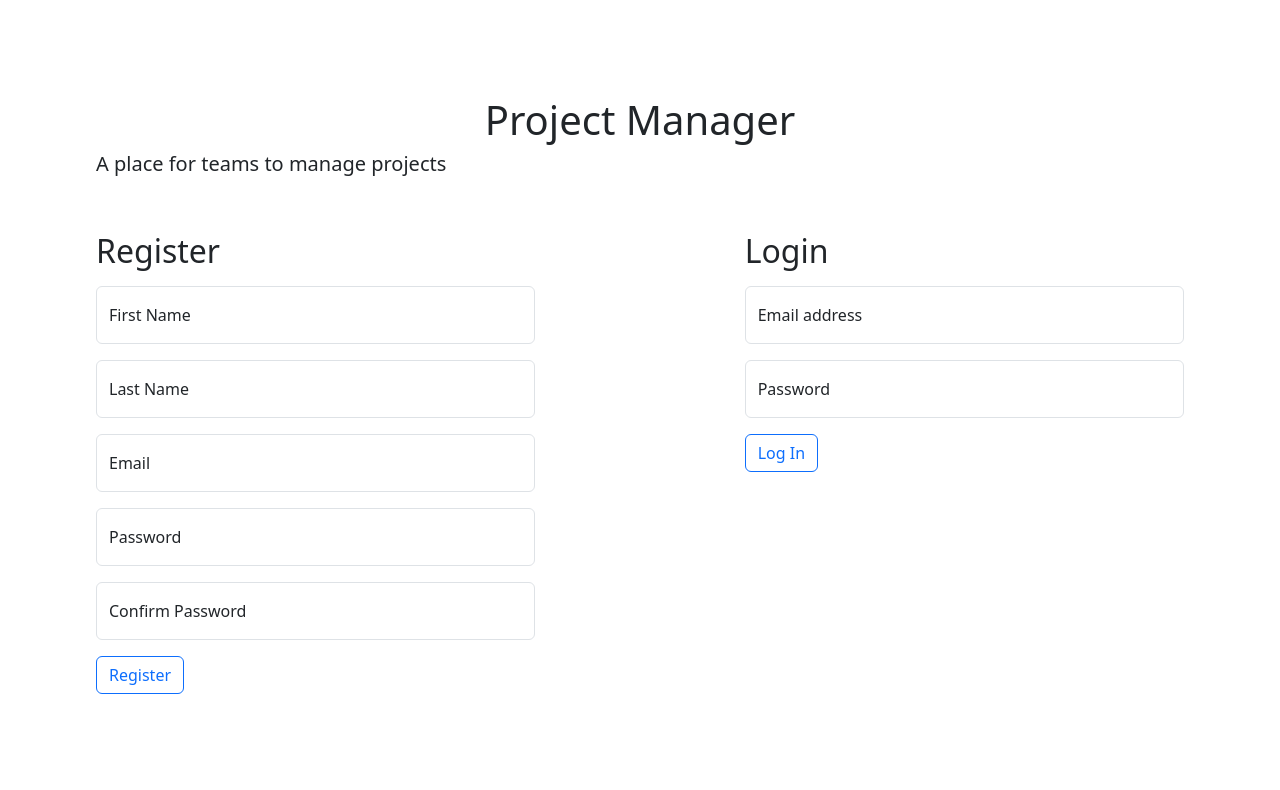
Repository: ShathaMorales/Java-Stack
Page: http://localhost/LoginRegistration/WEB-INF/index.jsp
These files come from the project's save history. The page is drawn as it stood at one moment and after the next save; the edit follows.
The browser window is 1280 px wide. The pictures show the whole page.
The page is served by Tomcat 10. Nobody is signed in. Other server files are loaded and not shown. The template is opened directly, without the code that normally fills it, so the values that code supplies are empty.

Above is the page before, as saved 2023-05-13 09:22:54.

### _java/FullSpring/ProjectManager/LoginRegistration/src/main/webapp/WEB-INF/index.jsp
<%@ page language="java" contentType="text/html; charset=UTF-8" pageEncoding="UTF-8"%>
<%@ taglib prefix = "c" uri = "http://java.sun.com/jsp/jstl/core" %>
<%@ taglib uri="http://java.sun.com/jsp/jstl/fmt" prefix="fmt"  %>
<%@ taglib prefix="form" uri="http://www.springframework.org/tags/form"%>
<%@ page isErrorPage="true" %>
<!DOCTYPE html>
<html>
<head>
<meta charset="UTF-8">
<link href="https://cdn.jsdelivr.net/npm/bootstrap@5.3.0-alpha3/dist/css/bootstrap.min.css" rel="stylesheet" integrity="sha384-KK94CHFLLe+nY2dmCWGMq91rCGa5gtU4mk92HdvYe+M/SXH301p5ILy+dN9+nJOZ" crossorigin="anonymous">
<title>Login and Registration</title>
</head>
<body>
	<div class="container-md-fluid m-5 p-5">
    	<div class="row justify-content-between">
    	<h1 class="text-center">Project Manager</h1>
    	<h5 class="text-align-center">A place for teams to manage projects</h5>
            <div class = "col-5 mt-5">
    			<h2>Register</h2>
                <form:form action="/register" method="post" modelAttribute="newUser">
                    <div class="form-floating my-3">
                      <form:input path="firstName" class="form-control" name = "firstName" id="floatingInput" placeholder="name@example.com"/>
                      <form:label path="firstName" for="floatingInput">First Name</form:label>
                        <form:errors path="firstName" class = "my-3" style="color: blue;"/>
                    </div>
                    <div class="form-floating my-3">
                      <form:input path="lastName" class="form-control" name = "lastName" id="floatingInput" placeholder="name@example.com"/>
                      <form:label path="lastName" for="floatingInput">Last Name</form:label>
                        <form:errors path="lastName" class = "my-3" style="color: blue;"/>
                    </div>
                    <div class="form-floating my-3">
                      <form:input type="email" path="email" class="form-control" name = "email" id="floatingInput" placeholder="name@example.com"/>
                      <form:label path="email" for="floatingInput">Email</form:label>
                        <form:errors path="email" class = "my-3" style="color: blue;"/>
                    </div>
                    <div class="form-floating my-3">
                      <form:input type="password" path="password" class="form-control" name = "password" id="floatingInput" placeholder="name@example.com"/>
                      <form:label path="password" for="floatingInput">Password</form:label>
                        <form:errors path="password" class = "my-3" style="color: blue;"/>
                    </div>
                    <div class="form-floating my-3">
                      <form:input type="password"  path="confirm" class="form-control" name = "confirm" id="floatingInput" placeholder="name@example.com"/>
                      <form:label path="confirm" for="floatingInput">Confirm Password</form:label>
                        <form:errors path="confirm" class = "my-3" style="color: blue;"/>
                    </div>
                    <button type="submit" class="btn btn-outline-primary align-self-center">Register</button>
                    </form:form>
    		</div>
    		 <div class = "col-5 mt-5">
    			<h2>Login</h2>
                <form:form action="/login" method="post" modelAttribute="newLogin">
                    <div class="form-floating my-3">
                      <form:input type="email" path="email" class="form-control" name = "email" id="floatingInput" placeholder="name@example.com"/>
                      <form:label path="email" for="floatingInput">Email address</form:label>
                        <form:errors path="email" class = "my-3" style="color: blue;"/>
                    </div>
                    <div class="form-floating my-3">
                      <form:input type="password" path="password" class="form-control" name = "password" id="floatingInput" placeholder="name@example.com"/>
                      <form:label path="password" for="floatingInput">Password</form:label>
                        <form:errors path="password" class = "my-3" style="color: blue;"/>
                    </div>
                    <button type="submit" class="btn btn-outline-primary align-self-center">Log In</button>
                    </form:form>
    		</div>
    		</div>
    </div>
</body>
</html>

After the next save:
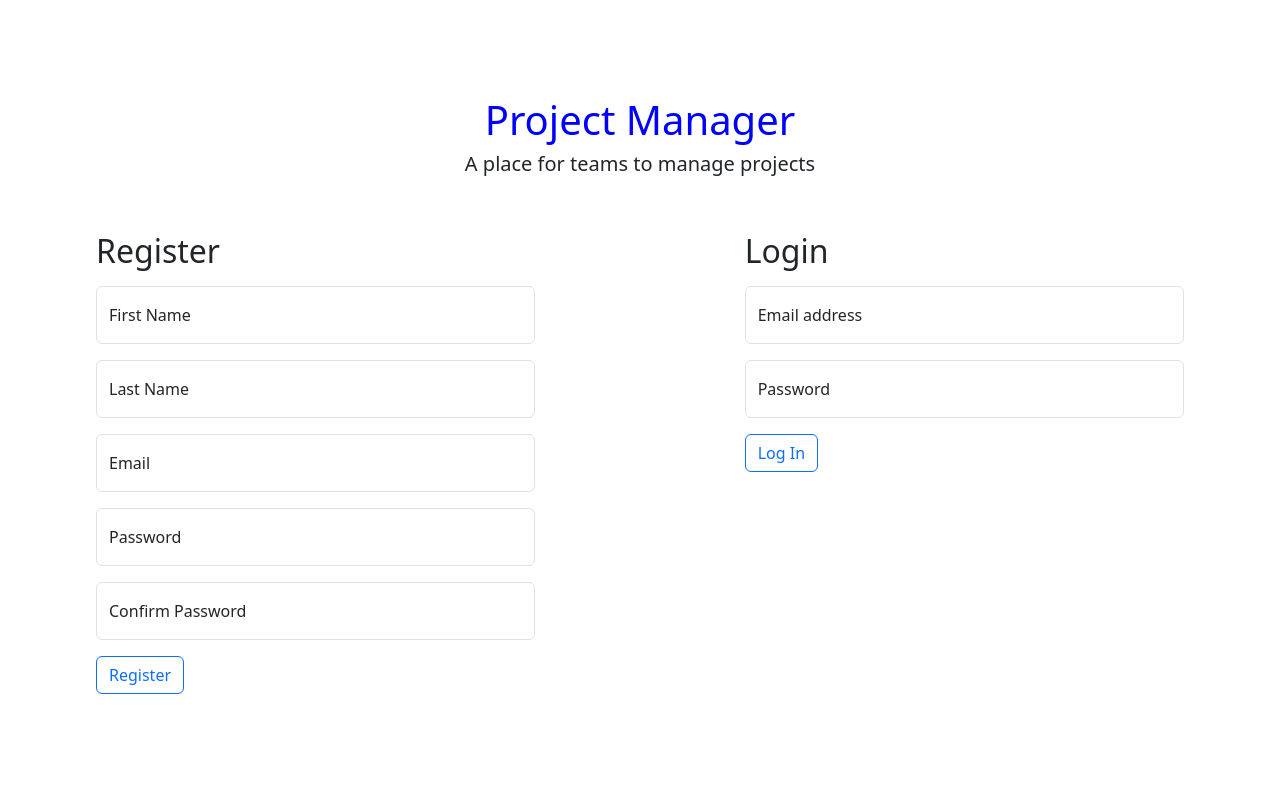
Saved 41 s later.
--- a/_java/FullSpring/ProjectManager/LoginRegistration/src/main/webapp/WEB-INF/index.jsp
+++ b/_java/FullSpring/ProjectManager/LoginRegistration/src/main/webapp/WEB-INF/index.jsp
@@ -13,8 +13,8 @@
 <body>
 	<div class="container-md-fluid m-5 p-5">
     	<div class="row justify-content-between">
-    	<h1 class="text-center">Project Manager</h1>
-    	<h5 class="text-align-center">A place for teams to manage projects</h5>
+    	<h1 style="color:blue"class="text-center">Project Manager</h1>
+    	<h5 class="text-center">A place for teams to manage projects</h5>
             <div class = "col-5 mt-5">
     			<h2>Register</h2>
                 <form:form action="/register" method="post" modelAttribute="newUser">
